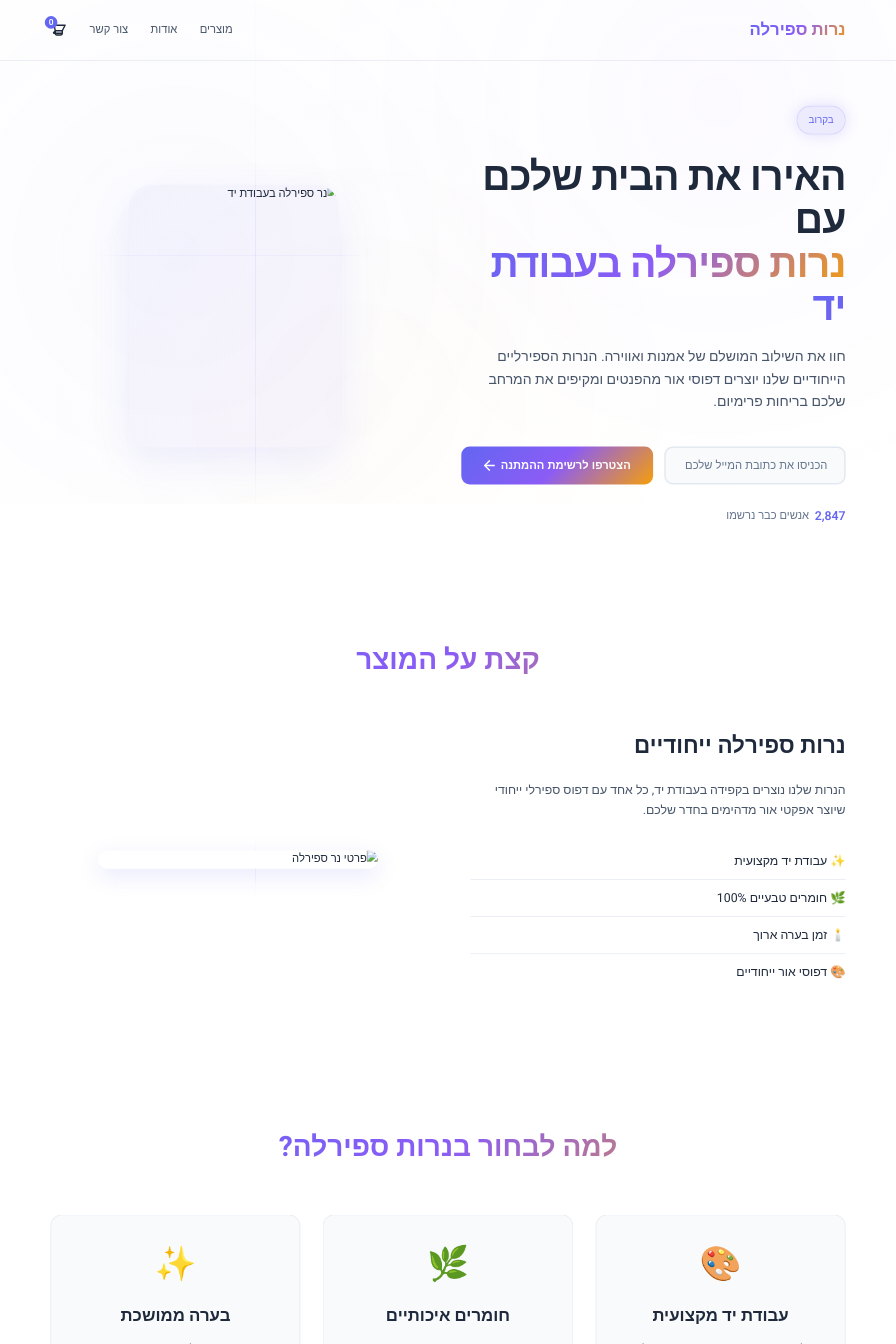
Repository: AvitaRoi/spiralcandles
Page: index.html
An editor plug-in stored every save of this project. The page is shown before and after the next save, followed by the edit.
The browser window is 1280 px wide. The pictures show the part of the page from y = 0 to 1920 px (the page is 3134 px tall), at 70% of full size.

Above is the page before, as saved 2025-09-21 22:27:34.
Not found: public/spiral-candle-refine-1.png

### index.html
<!DOCTYPE html>
<html lang="he" dir="rtl">
<head>
    <meta charset="UTF-8">
    <meta name="viewport" content="width=device-width, initial-scale=1.0">
    <title>נרות ספירלה - חנות הנרות המיוחדת</title>
    <link rel="stylesheet" href="styles.css">
    <link href="https://fonts.googleapis.com/css2?family=Heebo:wght@300;400;500;600;700&display=swap" rel="stylesheet">
</head>
<body>
    <div class="container">
        <!-- Header -->
        <header class="header">
            <div class="nav-container">
                <div class="logo">
                    <span class="logo-text">נרות ספירלה</span>
                </div>
                <nav class="main-nav">
                    <a href="#products">מוצרים</a>
                    <a href="#about">אודות</a>
                    <a href="#contact">צור קשר</a>
                    <div class="cart-icon">
                        <svg width="24" height="24" viewBox="0 0 24 24" fill="none">
                            <path d="M3 3H5L5.4 5M7 13H17L21 5H5.4M7 13L5.4 5M7 13L4.7 15.3C4.3 15.7 4.6 16.5 5.1 16.5H17M17 13V17C17 18.1 16.1 19 15 19H9C7.9 19 7 18.1 7 17V13H17Z" stroke="currentColor" stroke-width="2" stroke-linecap="round" stroke-linejoin="round"/>
                        </svg>
                        <span class="cart-count">0</span>
                    </div>
                </nav>
            </div>
        </header>

        <!-- Hero Section -->
        <main class="hero">
            <div class="hero-content">
                <div class="hero-badge">
                    בקרוב
                </div>
                <h1 class="hero-title">
                    האירו את הבית שלכם עם <br>
                    <span class="gradient-text">נרות ספירלה בעבודת יד</span>
                </h1>
                <p class="hero-description">
                    חוו את השילוב המושלם של אמנות ואווירה. הנרות הספירליים הייחודיים שלנו
                    יוצרים דפוסי אור מהפנטים ומקיפים את המרחב שלכם בריחות פרימיום.
                </p>

                <!-- Waitlist Form -->
                <div class="waitlist-form">
                    <form id="waitlist-signup" class="form">
                        <div class="input-group">
                            <input
                                type="email"
                                id="email"
                                placeholder="הכניסו את כתובת המייל שלכם"
                                required
                                class="email-input"
                            >
                            <button type="submit" class="submit-btn">
                                הצטרפו לרשימת ההמתנה
                                <svg class="arrow-icon" width="16" height="16" viewBox="0 0 16 16" fill="none">
                                    <path d="M8 0L9.41 1.41L3.83 7H16V9H3.83L9.41 14.59L8 16L0 8L8 0Z" fill="currentColor"/>
                                </svg>
                            </button>
                        </div>
                    </form>

                    <div class="success-message" id="success-message">
                        <svg class="check-icon" width="20" height="20" viewBox="0 0 20 20" fill="none">
                            <circle cx="10" cy="10" r="10" fill="#10B981"/>
                            <path d="M6 10L8.5 12.5L14 7" stroke="white" stroke-width="2" stroke-linecap="round" stroke-linejoin="round"/>
                        </svg>
                        <span>תודה! נוסף לרשימה. נעדכן אתכם כשנשיק.</span>
                    </div>
                </div>

                <!-- Social Proof -->
                <div class="social-proof">
                    <span class="counter">2,847</span>
                    <span class="counter-text">אנשים כבר נרשמו</span>
                </div>
            </div>

            <!-- Hero Visual -->
            <div class="hero-visual">
                <div class="product-image-container">
                    <img src="./public/spiral-candle-refine-1.png"
                         alt="נר ספירלה בעבודת יד"
                         class="main-product-image">
                </div>
            </div>
        </main>

        <!-- Preview Section -->
        <section class="preview-section" id="preview">
            <h2 class="section-title">קצת על המוצר</h2>
            <div class="preview-content">
                <div class="preview-text">
                    <h3>נרות ספירלה ייחודיים</h3>
                    <p>הנרות שלנו נוצרים בקפידה בעבודת יד, כל אחד עם דפוס ספירלי ייחודי שיוצר אפקטי אור מדהימים בחדר שלכם.</p>
                    <ul class="feature-list">
                        <li>✨ עבודת יד מקצועית</li>
                        <li>🌿 חומרים טבעיים 100%</li>
                        <li>🕯️ זמן בערה ארוך</li>
                        <li>🎨 דפוסי אור ייחודיים</li>
                    </ul>
                </div>
                <div class="preview-image">
                    <img src="./public/spiral-candle-refine-1.png"
                         alt="פרטי נר ספירלה"
                         class="detail-image">
                </div>
            </div>
        </section>

        <!-- Features Section -->
        <section class="features" id="about">
            <h2 class="features-title">למה לבחור בנרות ספירלה?</h2>
            <div class="features-grid">
                <div class="feature-card">
                    <div class="feature-icon">🎨</div>
                    <h3>עבודת יד מקצועית</h3>
                    <p>כל נר נוצר בקפידה עם דפוסים ספירליים מורכבים היוצרים אפקטים ויזואליים מדהימים.</p>
                </div>
                <div class="feature-card">
                    <div class="feature-icon">🌿</div>
                    <h3>חומרים איכותיים</h3>
                    <p>עשויים מ-100% שעוות סויה טבעי עם פתילים ידידותיים לסביבה ושמני ריח פרימיום.</p>
                </div>
                <div class="feature-card">
                    <div class="feature-icon">✨</div>
                    <h3>בערה ממושכת</h3>
                    <p>העיצוב הספירלי מבטיח בערה אחידה וממושכת, ויוצר חוויה רגועה ומרגיעה שתמלא את הבית שלכם בניחוח עדין ובאווירה חמה.</p>
                </div>
            </div>
        </section>

        <!-- Early Access -->
        <section class="early-access">
            <div class="early-access-content">
                <h2 class="section-title">גישה מוקדמת</h2>
                <p class="early-access-description">
                    הירשמו לרשימת ההמתנה וקבלו גישה מוקדמת למוצרים שלנו,
                    הנחות מיוחדות ועדכונים על השקות חדשות.
                </p>
                <div class="benefits-list">
                    <div class="benefit-item">
                        <span class="benefit-icon">🎁</span>
                        <span>הנחה של 25% על הרכישה הראשונה</span>
                    </div>
                    <div class="benefit-item">
                        <span class="benefit-icon">⚡</span>
                        <span>גישה מוקדמת למוצרים חדשים</span>
                    </div>
                    <div class="benefit-item">
                        <span class="benefit-icon">📦</span>
                        <span>משלוח חינם על ההזמנה הראשונה</span>
                    </div>
                </div>
            </div>
        </section>

        <!-- Footer -->
        <footer class="footer" id="contact">
            <div class="footer-content">
                <div class="footer-section">
                    <h4>צור קשר</h4>
                    <p>📞 03-1234567</p>
                    <p>📧 info@spiralcandles.co.il</p>
                    <p>📍 תל אביב, ישראל</p>
                </div>
                <div class="footer-section">
                    <h4>שירות לקוחות</h4>
                    <a href="#">משלוחים והחזרות</a>
                    <a href="#">תנאי שימוש</a>
                    <a href="#">מדיניות פרטיות</a>
                </div>
                <div class="footer-section">
                    <h4>עקבו אחרינו</h4>
                    <div class="social-links">
                        <a href="#">פייסבוק</a>
                        <a href="#">אינסטגרם</a>
                        <a href="#">וואטסאפ</a>
                    </div>
                </div>
            </div>
            <div class="footer-bottom">
                <p>&copy; 2024 נרות ספירלה. כל הזכויות שמורות.</p>
            </div>
        </footer>
    </div>

    <script src="script.js"></script>
</body>
</html>

### styles.css
/* Reset and Base Styles */
* {
    margin: 0;
    padding: 0;
    box-sizing: border-box;
}

:root {
    --primary-color: #6366f1;
    --primary-dark: #4f46e5;
    --secondary-color: #f59e0b;
    --background: #ffffff;
    --surface: #f8fafc;
    --text-primary: #1e293b;
    --text-secondary: #475569;
    --text-muted: #64748b;
    --border-color: #e2e8f0;
    --success-color: #10b981;
    --gradient: linear-gradient(135deg, #6366f1 0%, #8b5cf6 50%, #f59e0b 100%);
    --glow: 0 0 30px rgba(99, 102, 241, 0.3);
}

body {
    font-family: 'Heebo', -apple-system, BlinkMacSystemFont, 'Segoe UI', sans-serif;
    background: var(--background);
    color: var(--text-primary);
    line-height: 1.6;
    overflow-x: hidden;
    direction: rtl;
}

.container {
    min-height: 100vh;
    position: relative;
}

/* Background Effects */
body::before {
    content: '';
    position: fixed;
    top: 0;
    left: 0;
    width: 100%;
    height: 100%;
    background:
        radial-gradient(circle at 20% 50%, rgba(99, 102, 241, 0.03) 0%, transparent 50%),
        radial-gradient(circle at 80% 20%, rgba(139, 92, 246, 0.03) 0%, transparent 50%),
        radial-gradient(circle at 40% 80%, rgba(245, 158, 11, 0.02) 0%, transparent 50%);
    pointer-events: none;
    z-index: -1;
}

/* Header */
.header {
    padding: 1.5rem 0;
    border-bottom: 1px solid var(--border-color);
}

.nav-container {
    max-width: 1200px;
    margin: 0 auto;
    padding: 0 2rem;
    display: flex;
    justify-content: space-between;
    align-items: center;
}

.logo-text {
    font-size: 1.5rem;
    font-weight: 700;
    background: var(--gradient);
    -webkit-background-clip: text;
    background-clip: text;
    -webkit-text-fill-color: transparent;
    color: transparent;
}

.main-nav {
    display: flex;
    align-items: center;
    gap: 2rem;
}

.main-nav a {
    color: var(--text-secondary);
    text-decoration: none;
    font-weight: 500;
    transition: color 0.3s ease;
}

.main-nav a:hover {
    color: var(--primary-color);
}

.cart-icon {
    position: relative;
    display: flex;
    align-items: center;
    color: var(--text-primary);
    cursor: pointer;
    transition: color 0.3s ease;
}

.cart-icon:hover {
    color: var(--primary-color);
}

.cart-count {
    position: absolute;
    top: -8px;
    left: -8px;
    background: var(--primary-color);
    color: white;
    border-radius: 50%;
    width: 18px;
    height: 18px;
    font-size: 0.75rem;
    display: flex;
    align-items: center;
    justify-content: center;
    font-weight: 600;
}

/* Hero Section */
.hero {
    display: grid;
    grid-template-columns: 1fr 1fr;
    gap: 4rem;
    max-width: 1200px;
    margin: 0 auto;
    padding: 4rem 2rem;
    align-items: center;
    min-height: 70vh;
}

.hero-content {
    max-width: 600px;
}

.hero-badge {
    display: inline-block;
    padding: 0.5rem 1rem;
    background: rgba(99, 102, 241, 0.1);
    border: 1px solid rgba(99, 102, 241, 0.2);
    border-radius: 2rem;
    font-size: 0.875rem;
    font-weight: 500;
    color: var(--primary-color);
    margin-bottom: 2rem;
    animation: glow-pulse 2s ease-in-out infinite alternate;
}

@keyframes glow-pulse {
    from { box-shadow: 0 0 10px rgba(99, 102, 241, 0.1); }
    to { box-shadow: 0 0 20px rgba(99, 102, 241, 0.2); }
}

.hero-title {
    font-size: 3.5rem;
    font-weight: 700;
    line-height: 1.1;
    margin-bottom: 1.5rem;
    letter-spacing: -0.02em;
}

.gradient-text {
    background: var(--gradient);
    -webkit-background-clip: text;
    background-clip: text;
    -webkit-text-fill-color: transparent;
    color: transparent;
}

.hero-description {
    font-size: 1.25rem;
    color: var(--text-secondary);
    margin-bottom: 3rem;
    line-height: 1.6;
}

/* Waitlist Form */
.waitlist-form {
    margin-bottom: 2rem;
}

.form {
    position: relative;
}

.input-group {
    display: flex;
    gap: 1rem;
    margin-bottom: 1rem;
}

.email-input {
    flex: 1;
    padding: 1rem 1.5rem;
    background: var(--surface);
    border: 2px solid var(--border-color);
    border-radius: 0.75rem;
    color: var(--text-primary);
    font-size: 1rem;
    transition: all 0.3s ease;
}

.email-input:focus {
    outline: none;
    border-color: var(--primary-color);
    box-shadow: var(--glow);
}

.email-input::placeholder {
    color: var(--text-muted);
}

.submit-btn {
    padding: 1rem 2rem;
    background: var(--gradient);
    border: none;
    border-radius: 0.75rem;
    color: white;
    font-weight: 600;
    font-size: 1rem;
    cursor: pointer;
    display: flex;
    align-items: center;
    gap: 0.5rem;
    transition: all 0.3s ease;
    white-space: nowrap;
}

.submit-btn:hover {
    transform: translateY(-2px);
    box-shadow: 0 10px 25px rgba(99, 102, 241, 0.3);
}

.submit-btn:active {
    transform: translateY(0);
}

.arrow-icon {
    transition: transform 0.3s ease;
}

.submit-btn:hover .arrow-icon {
    transform: translateX(-4px);
}

.success-message {
    display: none;
    align-items: center;
    gap: 0.75rem;
    padding: 1rem 1.5rem;
    background: rgba(16, 185, 129, 0.1);
    border: 1px solid rgba(16, 185, 129, 0.3);
    border-radius: 0.75rem;
    color: var(--success-color);
    font-weight: 500;
    animation: slide-in 0.5s ease;
}

.success-message.show {
    display: flex;
}

@keyframes slide-in {
    from {
        opacity: 0;
        transform: translateY(10px);
    }
    to {
        opacity: 1;
        transform: translateY(0);
    }
}

/* Social Proof */
.social-proof {
    display: flex;
    align-items: center;
    gap: 0.5rem;
    color: var(--text-muted);
}

.counter {
    font-weight: 600;
    color: var(--primary-color);
    font-size: 1.1rem;
}

/* Hero Visual */
.hero-visual {
    display: flex;
    justify-content: center;
    align-items: center;
    position: relative;
}

.product-image-container {
    position: relative;
    width: 300px;
    height: 375px;
    display: flex;
    justify-content: center;
    align-items: center;
    background: linear-gradient(135deg, rgba(99, 102, 241, 0.05) 0%, rgba(139, 92, 246, 0.05) 100%);
    border-radius: 2rem;
    overflow: hidden;
    box-shadow: 0 20px 60px rgba(99, 102, 241, 0.1);
}

.main-product-image {
    width: 100%;
    height: 100%;
    object-fit: cover;
    border-radius: 2rem;
    transition: transform 0.3s ease;
}

.main-product-image:hover {
    transform: scale(1.05);
}

/* Preview Section */
.preview-section {
    padding: 6rem 2rem;
    max-width: 1200px;
    margin: 0 auto;
}

.section-title {
    font-size: 2.5rem;
    font-weight: 700;
    margin-bottom: 4rem;
    background: var(--gradient);
    -webkit-background-clip: text;
    background-clip: text;
    -webkit-text-fill-color: transparent;
    color: transparent;
    text-align: center;
}

.preview-content {
    display: grid;
    grid-template-columns: 1fr 1fr;
    gap: 4rem;
    align-items: center;
}

.preview-text h3 {
    font-size: 2rem;
    font-weight: 600;
    margin-bottom: 1.5rem;
    color: var(--text-primary);
}

.preview-text p {
    font-size: 1.1rem;
    color: var(--text-secondary);
    line-height: 1.6;
    margin-bottom: 2rem;
}

.feature-list {
    list-style: none;
    padding: 0;
}

.feature-list li {
    padding: 0.75rem 0;
    font-size: 1.1rem;
    color: var(--text-primary);
    border-bottom: 1px solid var(--border-color);
}

.feature-list li:last-child {
    border-bottom: none;
}

.preview-image {
    display: flex;
    justify-content: center;
    align-items: center;
}

.detail-image {
    width: 100%;
    max-width: 400px;
    height: auto;
    border-radius: 1rem;
    box-shadow: 0 10px 30px rgba(99, 102, 241, 0.15);
    transition: transform 0.3s ease;
}

.detail-image:hover {
    transform: scale(1.02);
}

/* Features Section */
.features {
    padding: 6rem 2rem;
    max-width: 1200px;
    margin: 0 auto;
    text-align: center;
}

.features-title {
    font-size: 2.5rem;
    font-weight: 700;
    margin-bottom: 4rem;
    background: var(--gradient);
    -webkit-background-clip: text;
    background-clip: text;
    -webkit-text-fill-color: transparent;
    color: transparent;
}

.features-grid {
    display: grid;
    grid-template-columns: repeat(auto-fit, minmax(300px, 1fr));
    gap: 2rem;
}

.feature-card {
    padding: 2rem;
    background: var(--surface);
    border: 1px solid var(--border-color);
    border-radius: 1rem;
    transition: all 0.3s ease;
}

.feature-card:hover {
    transform: translateY(-5px);
    border-color: var(--primary-color);
    box-shadow: 0 10px 30px rgba(99, 102, 241, 0.1);
}

.feature-icon {
    font-size: 3rem;
    margin-bottom: 1rem;
}

.feature-card h3 {
    font-size: 1.5rem;
    font-weight: 600;
    margin-bottom: 1rem;
    color: var(--text-primary);
}

.feature-card p {
    color: var(--text-secondary);
    line-height: 1.6;
}

/* Early Access Section */
.early-access {
    padding: 6rem 2rem;
    max-width: 1200px;
    margin: 0 auto;
    text-align: center;
    background: rgba(99, 102, 241, 0.03);
    border-radius: 2rem;
}

.early-access-content {
    max-width: 800px;
    margin: 0 auto;
}

.early-access-description {
    font-size: 1.2rem;
    color: var(--text-secondary);
    line-height: 1.6;
    margin-bottom: 3rem;
}

.benefits-list {
    display: grid;
    grid-template-columns: repeat(auto-fit, minmax(250px, 1fr));
    gap: 2rem;
    margin-top: 3rem;
}

.benefit-item {
    display: flex;
    align-items: center;
    gap: 1rem;
    padding: 1.5rem;
    background: var(--surface);
    border: 1px solid var(--border-color);
    border-radius: 1rem;
    transition: all 0.3s ease;
}

.benefit-item:hover {
    transform: translateY(-3px);
    border-color: var(--primary-color);
    box-shadow: 0 8px 25px rgba(99, 102, 241, 0.1);
}

.benefit-icon {
    font-size: 2rem;
}

.benefit-item span:last-child {
    font-weight: 500;
    color: var(--text-primary);
}

/* Footer */
.footer {
    padding: 4rem 2rem 2rem;
    border-top: 1px solid var(--border-color);
    color: var(--text-muted);
}

.footer-content {
    max-width: 1200px;
    margin: 0 auto;
    display: grid;
    grid-template-columns: repeat(auto-fit, minmax(250px, 1fr));
    gap: 3rem;
    text-align: right;
}

.footer-section h4 {
    color: var(--text-primary);
    font-weight: 600;
    margin-bottom: 1rem;
    font-size: 1.1rem;
}

.footer-section p {
    margin-bottom: 0.5rem;
    line-height: 1.6;
}

.footer-section a {
    display: block;
    color: var(--text-muted);
    text-decoration: none;
    margin-bottom: 0.5rem;
    transition: color 0.3s ease;
}

.footer-section a:hover {
    color: var(--primary-color);
}

.social-links {
    display: flex;
    gap: 1rem;
    justify-content: flex-end;
}

.social-links a {
    display: inline-block;
    padding: 0.5rem 1rem;
    background: var(--surface);
    border: 1px solid var(--border-color);
    border-radius: 0.5rem;
    transition: all 0.3s ease;
}

.social-links a:hover {
    border-color: var(--primary-color);
    color: var(--primary-color);
    transform: translateY(-2px);
}

.footer-bottom {
    margin-top: 3rem;
    padding-top: 2rem;
    border-top: 1px solid var(--border-color);
    text-align: center;
}

/* Responsive Design */
@media (max-width: 768px) {
    .nav-container {
        padding: 0 1rem;
        flex-direction: column;
        gap: 1rem;
    }

    .main-nav {
        gap: 1.5rem;
    }

    .hero {
        grid-template-columns: 1fr;
        gap: 2rem;
        text-align: center;
        padding: 2rem 1rem;
    }

    .hero-visual {
        order: -1;
    }

    .product-image-container {
        width: 300px;
        height: 400px;
    }

    .hero-title {
        font-size: 2.5rem;
    }

    .hero-description {
        font-size: 1.1rem;
    }

    .input-group {
        flex-direction: column;
    }

    .submit-btn {
        justify-content: center;
    }

    .social-proof {
        justify-content: center;
    }

    .preview-content {
        grid-template-columns: 1fr;
        gap: 2rem;
    }

    .section-title, .features-title {
        font-size: 2rem;
    }

    .features-grid, .benefits-list {
        grid-template-columns: 1fr;
    }

    .footer-content {
        grid-template-columns: 1fr;
        text-align: center;
        gap: 2rem;
    }

    .social-links {
        justify-content: center;
    }
}

@media (max-width: 480px) {
    .hero-title {
        font-size: 2rem;
    }

    .product-image-container {
        width: 250px;
        height: 350px;
    }

    .feature-card, .benefit-item {
        padding: 1.5rem;
    }

    .benefit-item {
        flex-direction: column;
        text-align: center;
    }
}

Loaded but not shown: script.js (249 lines, source omitted)

After the next save:
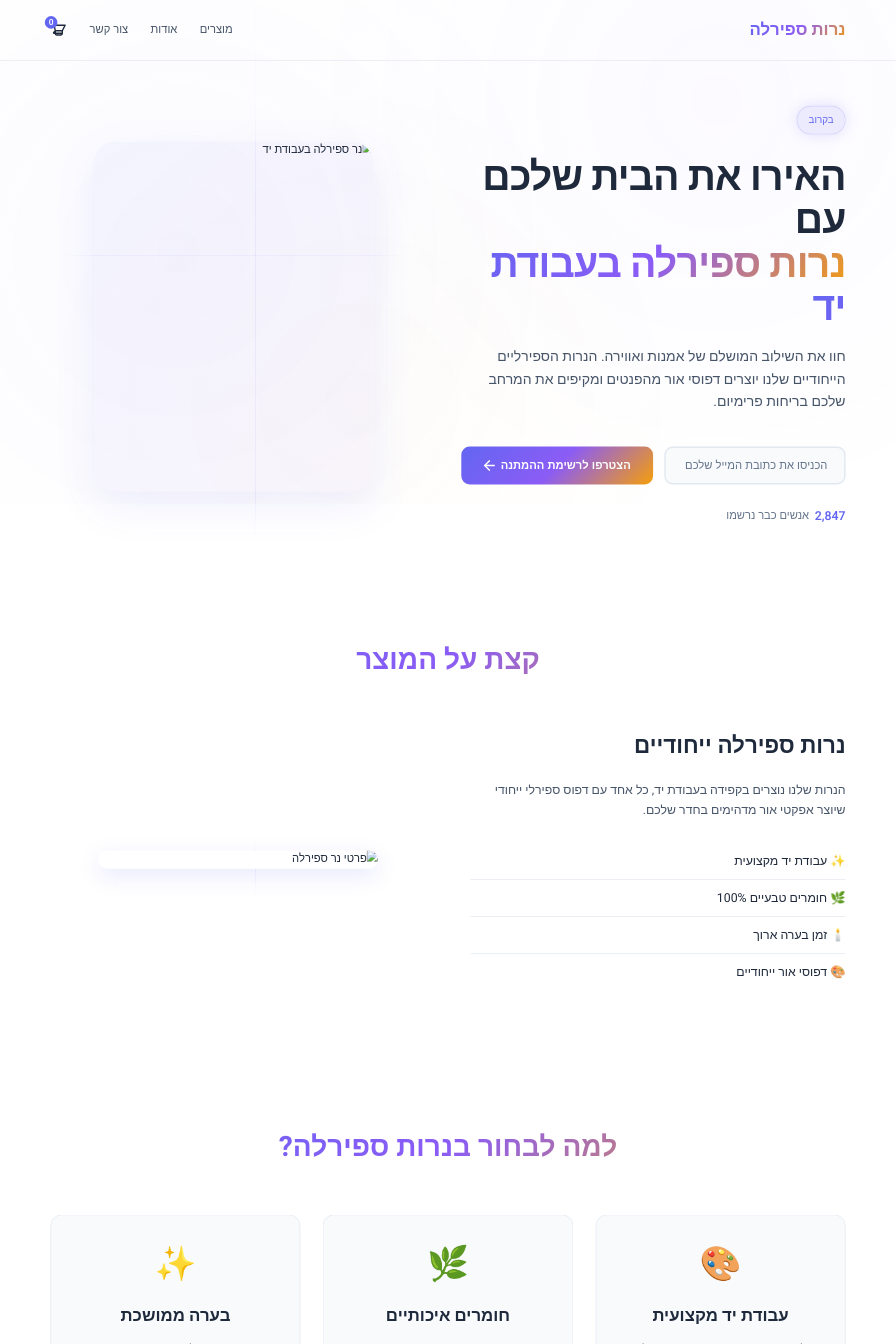
Saved 29 s later.
--- a/styles.css
+++ b/styles.css
@@ -299,8 +299,8 @@
 
 .product-image-container {
     position: relative;
-    width: 300px;
-    height: 375px;
+    width: 400px;
+    height: 500px;
     display: flex;
     justify-content: center;
     align-items: center;
